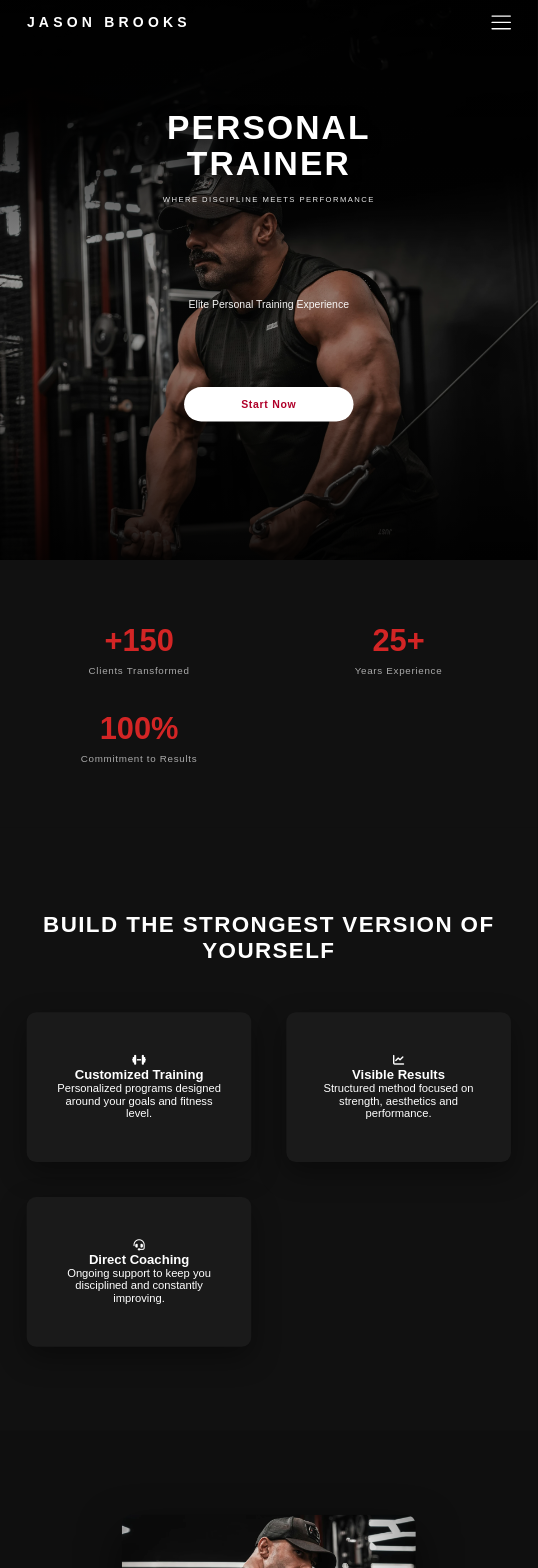
Repository: davidfsillva/Jason-Brooks
Page: index.html
The author's editor kept a copy of each file at every save. The page is drawn from the files as they stood at one save, then again after a run of saves.
The browser window is 768 px wide. The pictures show the part of the page from y = 0 to 2240 px (the page is 3913 px tall), at 70% of full size.
Some web fonts or font styles are not loaded; a fallback is used.

Above is the page before, as saved 2026-02-21 17:20:31.

After the next 3 saves:
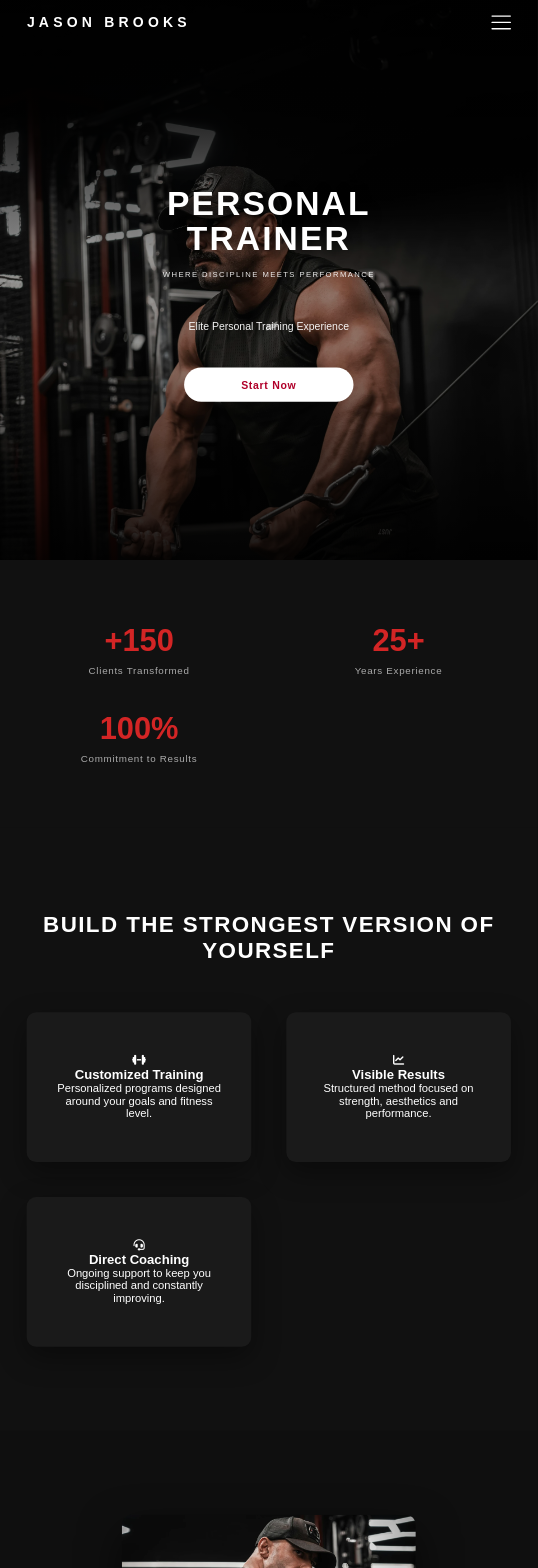
The 3 saves are shown as one change because they came seconds apart.
The last was saved 16 s later.
--- a/style.css
+++ b/style.css
@@ -577,7 +577,7 @@ section {
         font-size: 48px;
         line-height: 1.05;
         letter-spacing: 3px;
-        margin-top: -40px;
+        margin-top: 40px;
         text-shadow: 0 5px 20px rgba(0,0,0,0.6);
         text-align: center;
     }
@@ -586,14 +586,14 @@ section {
     .hero-small {
         font-size: 11px;
         letter-spacing: 2px;
-        margin-bottom: 90px;
+        margin-bottom: 15px;
         opacity: 0.9;
         text-align: center;
     }
 
     .hero-sub {
         font-size: 15px;
-        margin-bottom: 90px;
+        margin-bottom: 30px;
         opacity: 0.95;
                 text-align: center;
 
